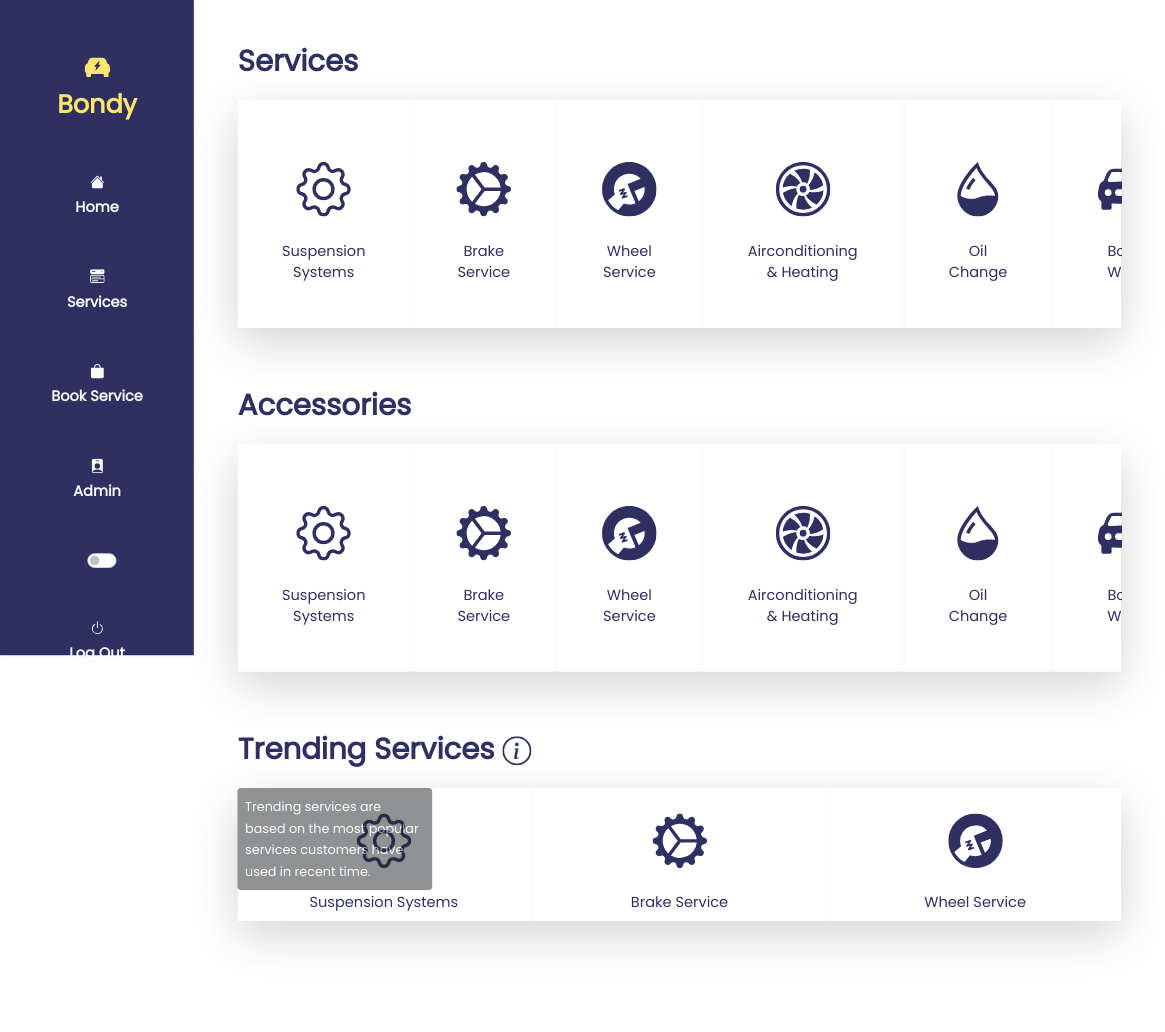
Repository: duzzisantos/bondy
Page: /, after clicking the first element matching `svg.bi-info-circle`
The author's editor kept a copy of each file at every save. The page is drawn from the files as they stood at one save, then again after the next save.
The browser window is 1280 px wide. The pictures show the whole page, at 91% of full size.
Some web libraries are served in a nearby version. The project was rebuilt for these pictures with package versions that can differ from the ones it lists, and the page was loaded fresh each time. Also part of the build but not shown: src/components/Services/ServiceTemplate.tsx, src/data/mockData.ts, src/views/Services.tsx.

Above is the page before, as saved 2023-06-25 14:37:52.

### public/index.html
<!DOCTYPE html>
<html lang="en">
  <head>
    <meta charset="utf-8" />
    <link rel="icon" href="%PUBLIC_URL%/favicon.ico" />
    <meta name="viewport" content="width=device-width, initial-scale=1" />
    <meta name="theme-color" content="#000000" />
    <meta
      name="description"
      content="Web site created using create-react-app"
    />
    <link rel="apple-touch-icon" href="%PUBLIC_URL%/logo192.png" />
    <!-- Option 1: Include in HTML -->
    <link
      rel="stylesheet"
      href="https://cdn.jsdelivr.net/npm/bootstrap-icons@1.3.0/font/bootstrap-icons.css"
    />
    <link rel="preconnect" href="https://fonts.googleapis.com" />
    <link rel="preconnect" href="https://fonts.gstatic.com" crossorigin />
    <!--
      manifest.json provides metadata used when your web app is installed on a
      user's mobile device or desktop. See https://developers.google.com/web/fundamentals/web-app-manifest/
    -->
    <link rel="manifest" href="%PUBLIC_URL%/manifest.json" />
    <!--
      Notice the use of %PUBLIC_URL% in the tags above.
      It will be replaced with the URL of the `public` folder during the build.
      Only files inside the `public` folder can be referenced from the HTML.

      Unlike "/favicon.ico" or "favicon.ico", "%PUBLIC_URL%/favicon.ico" will
      work correctly both with client-side routing and a non-root public URL.
      Learn how to configure a non-root public URL by running `npm run build`.
    -->
    <title>Bondy</title>
  </head>
  <body>
    <noscript>You need to enable JavaScript to run this app.</noscript>
    <div id="root"></div>
    <!--
      This HTML file is a template.
      If you open it directly in the browser, you will see an empty page.

      You can add webfonts, meta tags, or analytics to this file.
      The build step will place the bundled scripts into the <body> tag.

      To begin the development, run `npm start` or `yarn start`.
      To create a production bundle, use `npm run build` or `yarn build`.
    -->
  </body>
</html>

### src/index.js
import React from "react";
import ReactDOM from "react-dom/client";
import "./index.css";
import App from "./App";
import "bootstrap/dist/css/bootstrap.min.css";
import { BrowserRouter as Router } from "react-router-dom";

const root = ReactDOM.createRoot(document.getElementById("root"));
root.render(
  <React.StrictMode>
    <Router>
      <App />
    </Router>
  </React.StrictMode>
);

### src/App.js
import "./App.css";
import "bootstrap";
import SideBar from "./components/Navigation/SideBar";
import { Routes, Route } from "react-router-dom";
import LandingPage from "./views/LandingPage";
import Services from "./views/Services";
function App() {
  return (
    <div className="App d-flex flex-row flex-nowrap vh-100">
      <SideBar />
      <main className="col-12 ms-auto d-flex flex-column vh-100">
        <Routes>
          <Route path="/" element={<LandingPage />} />
          <Route path="/home" element={<LandingPage />} />
          <Route path="services/:category" element={<Services />} />
        </Routes>
      </main>
    </div>
  );
}

export default App;

### src/App.css
@import url("https://fonts.googleapis.com/css2?family=Cabin&family=Montserrat:wght@200&family=Poppins&display=swap");

* {
  font-family: "Poppins", sans-serif;
}
.App {
  text-align: center;
}

.custom-color {
  color: #2f3061 !important;
}

.custom-bg-color {
  background-color: #2f3061;
}

.custom-border {
  border: 1px solid #2f3061;
}

.custom-border-5 {
  border-right-style: solid !important;
  border-right-width: 8px !important;
  border-right-color: #2f3061 !important;
}

.image-height {
  height: fit-content;
  width: fit-content;
}

### src/components/Navigation/SideBar.tsx
import React, { FunctionComponent, useState } from "react";
import "react-bootstrap";
import "../../App.css";
import "./Navigation.scss";
import { Link } from "react-router-dom";
import {
  HouseFill,
  BagFill,
  PersonBadgeFill,
  Power,
  EvFrontFill,
  MenuButtonWideFill,
  SunFill,
  MoonFill,
} from "react-bootstrap-icons";

const SideBar: FunctionComponent = () => {
  //Refactor this
  const [hoverHome, setHoverHome] = useState(false);
  const [hoverServices, setHoverServices] = useState(false);
  const [hoverBookService, setHoverBookService] = useState(false);
  const [hoverAdmin, setHoverAdmin] = useState(false);
  const [hoverLogout, setHoverLogout] = useState(false);

  const commonLinkClasses = `d-flex flex-column justify-content-center align-items-center p-1 gap-2 brand-icon-color
   text-decoration-none fw-bold`;

  return (
    <div className="col-2 vh-100 custom-bg-color shadow-sm p-5 text-light d-flex flex-column vstack gap-5 sidebar-fixed">
      <Link to={"/"} className={commonLinkClasses + " fs-3"}>
        <span>
          <EvFrontFill className="brand-icon-color" /> Bondy
        </span>
      </Link>
      <Link
        to={"/home"}
        id="home"
        className={`d-flex flex-column justify-content-center align-items-center p-1 gap-2 text-decoration-none fw-bold ${
          hoverHome ? "brand-icon-color" : "text-light"
        }`}
        onMouseEnter={() => setHoverHome(true)}
        onMouseLeave={() => setHoverHome(false)}
        title="Home"
      >
        <HouseFill />
        Home
      </Link>

      <Link
        to={"/services"}
        id="services"
        className={`d-flex flex-column justify-content-center align-items-center p-1 gap-2 text-decoration-none fw-bold ${
          hoverServices ? "brand-icon-color" : "text-light"
        }`}
        onMouseEnter={() => setHoverServices(true)}
        onMouseLeave={() => setHoverServices(false)}
        title="Services"
      >
        <MenuButtonWideFill />
        Services
      </Link>

      <Link
        to={"/book-service"}
        id="book-service"
        className={`d-flex flex-column justify-content-center align-items-center p-1 gap-2 text-decoration-none fw-bold ${
          hoverBookService ? "brand-icon-color" : "text-light"
        }`}
        onMouseEnter={() => setHoverBookService(true)}
        onMouseLeave={() => setHoverBookService(false)}
        title="Book Service"
      >
        <BagFill />
        Book Service
      </Link>

      <Link
        to={"/admin"}
        id="admin"
        className={`d-flex flex-column justify-content-center align-items-center p-1 gap-2 text-decoration-none fw-bold ${
          hoverAdmin ? "brand-icon-color" : "text-light"
        }`}
        onMouseEnter={() => setHoverAdmin(true)}
        onMouseLeave={() => setHoverAdmin(false)}
        title="Admin"
      >
        <PersonBadgeFill />
        Admin
      </Link>

      <div className="form-check form-switch px-5 d-flex flex-row flex-nowrap">
        <SunFill className="mx-auto mt-1" />
        <input
          className="form-check-input mx-auto"
          type="checkbox"
          role="switch"
          id="flexSwitchCheckChecked"
          title="Switch display mode"
        />
        <MoonFill className="mx-auto mt-1" />
      </div>

      <Link
        to={"/logout"}
        id="logout"
        className={`d-flex flex-column justify-content-center align-items-center p-1 gap-2 text-decoration-none fw-bold ${
          hoverLogout ? "brand-icon-color" : "text-light"
        }`}
        onMouseEnter={() => setHoverLogout(true)}
        onMouseLeave={() => setHoverLogout(false)}
        title="Logout"
      >
        <Power />
        Log Out
      </Link>
    </div>
  );
};

export default SideBar;

### src/views/LandingPage.tsx
import React, { FunctionComponent, useState } from "react";
import "../components/Home/LandingPage.scss";
import LandingPageScrollContainer from "src/components/Home/LandingPageScrollContainer";
import { servicesList } from "src/components/Home/landingPageContent";
import { InfoCircle } from "react-bootstrap-icons";
import TrendingServices from "src/components/Home/TrendingServices";

const LandingPage: FunctionComponent = () => {
  const handleClick = () => {
    console.log("This was clicked");
  };

  const [show, setShow] = useState(false);

  const displayInfo = () => {
    setShow(!show);
  };
  return (
    <div className="col-10 px-5 pt-5 py-5 ms-auto vh-100 vstack gap-5 d-flex flex-column align-items-center">
      <LandingPageScrollContainer
        content={servicesList}
        category="Services"
        handleClick={handleClick}
        extraClass="p-5"
        extraElement={null}
        displayExtraElement={null}
      />
      <LandingPageScrollContainer
        content={servicesList}
        category="Accessories"
        handleClick={handleClick}
        extraClass="p-5"
        extraElement={null}
        displayExtraElement={null}
      />
      <LandingPageScrollContainer
        content={servicesList.reverse().slice(0, 3)}
        category="Trending Services"
        handleClick={handleClick}
        extraClass="p-2"
        extraElement={<InfoCircle onClick={displayInfo} />}
        displayExtraElement={show && <TrendingServices />}
      />
    </div>
  );
};

export default LandingPage;

### src/components/Navigation/Navigation.scss
.brand-icon-color {
  color: #ffe66d !important;
}

.sidebar-fixed {
  position: fixed !important;
}

### src/components/Home/LandingPage.scss
.scroll-container-fixed {
  position: fixed !important;
}

.scroll-container-size {
  height: 330px !important;
}

.scroller {
  overflow: auto !important;
  scrollbar-width: none !important;
}

.scroller::-webkit-scrollbar {
  display: none !important;
}
.service-card {
  height: 270px !important;
}

.service-icon-font {
  font-size: 60px !important;
}

### src/components/Home/LandingPageScrollContainer.tsx
import React, { FunctionComponent } from "react";
import "../../App.css";
import { Link } from "react-router-dom";

interface ScrollContainerProps {
  content: any[];
  category: string;
  handleClick: any;
  extraClass: string;
  extraElement: any;
  displayExtraElement: any;
}
const LandingPageScrollContainer: FunctionComponent<ScrollContainerProps> = ({
  content,
  category,
  handleClick,
  extraClass,
  extraElement,
  displayExtraElement,
}) => {
  return (
    <section className="col-6 w-100 scroll-container-size">
      <h2 className="text-start mb-4 custom-color fw-bold">
        {category} {extraElement}
      </h2>
      {displayExtraElement}
      <div className="overflow-x-auto d-flex flex-row hstack gap-1 shadow-lg scroller">
        {content.map((element, index) => (
          <Link
            to={`/services/${element.category}`}
            key={index}
            className={`text-decoration-none w-100 shadow-sm d-flex flex-column vstack gap-3 ${extraClass}`}
            onClick={handleClick}
            title={element.category}
          >
            <span className={`service-icon-font custom-color`}>
              {element.icon}
            </span>
            <span className="custom-color">{element.category}</span>
          </Link>
        ))}
      </div>
    </section>
  );
};

export default LandingPageScrollContainer;

### src/components/Home/landingPageContent.tsx
import React from "react";
import {
  Gear,
  GearWideConnected,
  WrenchAdjustableCircleFill,
  Fan,
  DropletHalf,
  CarFrontFill,
} from "react-bootstrap-icons";
export const servicesList = [
  {
    id: 1,
    category: "Suspension Systems",
    icon: <Gear />,
  },
  {
    id: 2,
    category: "Brake Service",
    icon: <GearWideConnected />,
  },
  {
    id: 3,
    category: "Wheel Service",
    icon: <WrenchAdjustableCircleFill />,
  },
  {
    id: 4,
    category: "Airconditioning & Heating",
    icon: <Fan />,
  },
  {
    id: 5,
    category: "Oil Change",
    icon: <DropletHalf />,
  },
  {
    id: 6,
    category: "Body Work",
    icon: <CarFrontFill />,
  },
];

### src/components/Home/TrendingServices.tsx
import React, { FunctionComponent } from "react";

const TrendingServices: FunctionComponent = () => {
  return (
    <div
      className="col-sm-2 bg-dark text-light rounded-1 text-start p-2 position-absolute"
      style={{ opacity: 0.5 }}
    >
      <small>
        Trending services are based on the most popular services customers have
        used in recent time.
      </small>
    </div>
  );
};

export default TrendingServices;

Loaded but not shown: src/index.css (common file)

After the next save:
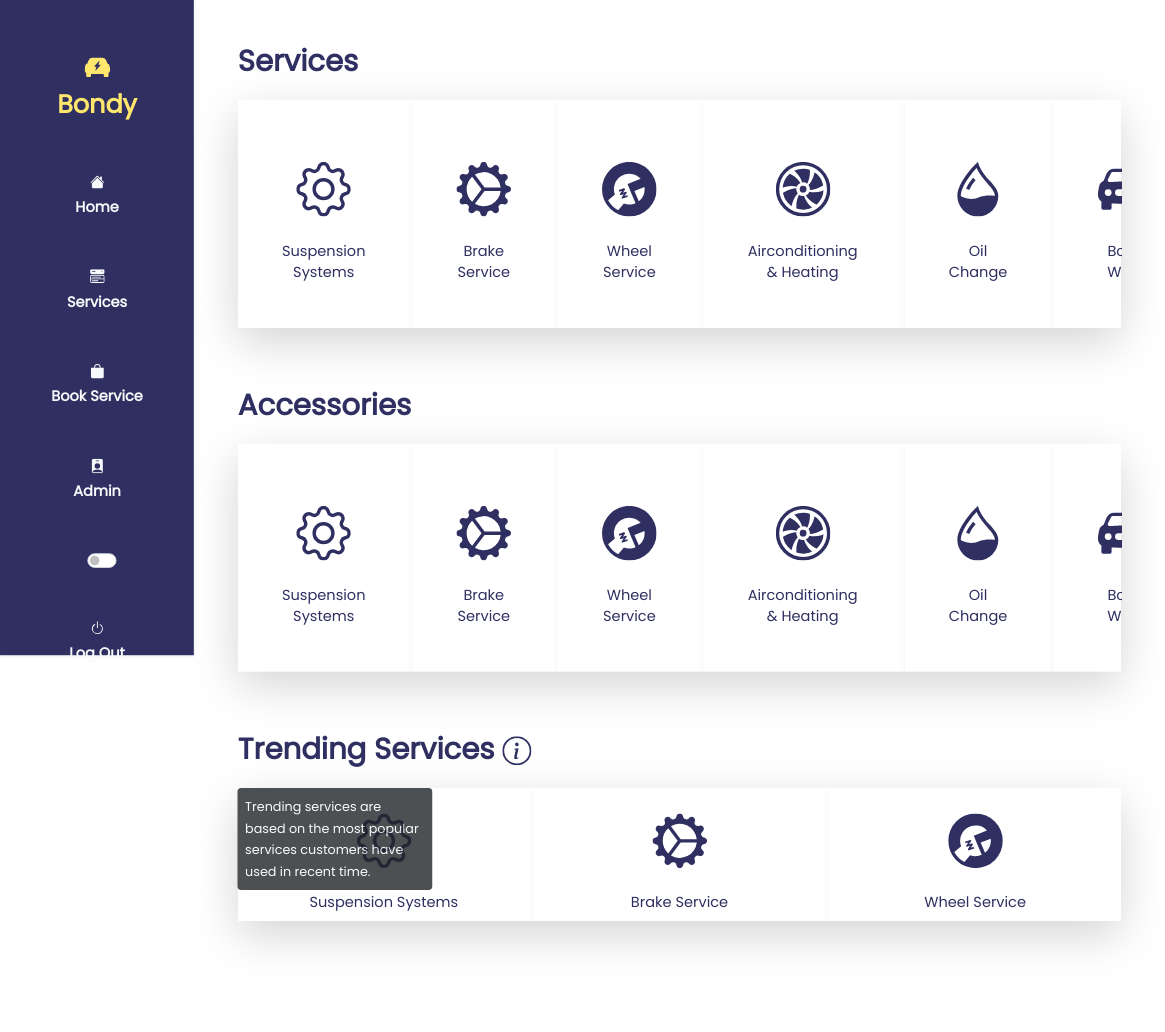
Saved 5 s later.
--- a/src/components/Home/TrendingServices.tsx
+++ b/src/components/Home/TrendingServices.tsx
@@ -4,7 +4,7 @@ const TrendingServices: FunctionComponent = () => {
   return (
     <div
       className="col-sm-2 bg-dark text-light rounded-1 text-start p-2 position-absolute"
-      style={{ opacity: 0.5 }}
+      style={{ opacity: 0.8 }}
     >
       <small>
         Trending services are based on the most popular services customers have
